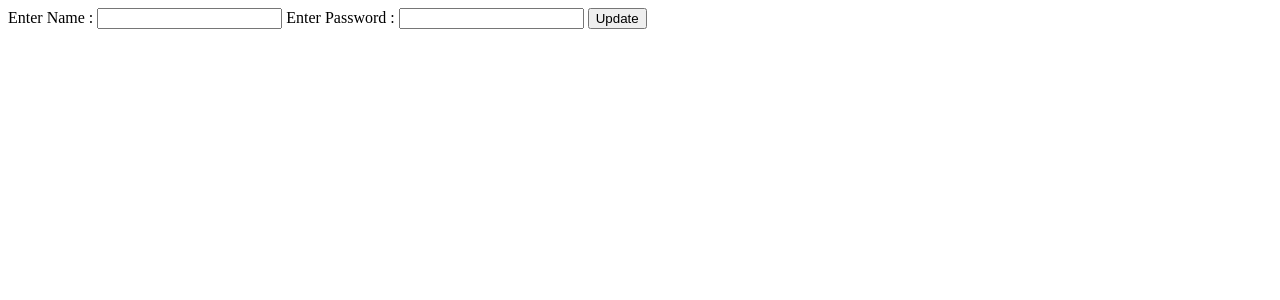
Repository: Vishalrathod8788/JEE
Page: Connectivity_demo/WebContent/Edit.html
The author's editor kept a copy of each file at every save. The page is drawn from the files as they stood at one save, then again after the next save.
The browser window is 1280 px wide. The pictures show the whole page.

Above is the page before, as saved 2023-09-30 14:50:43.

After the next save:
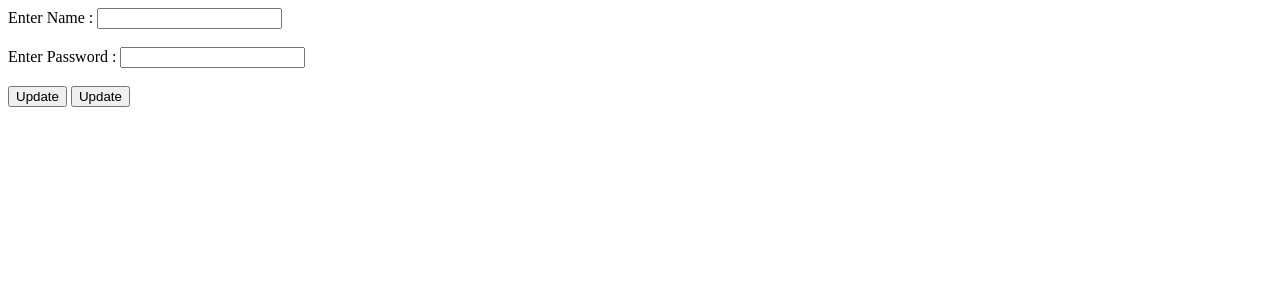
Saved 22 s later.
--- a/Connectivity_demo/WebContent/Edit.html
+++ b/Connectivity_demo/WebContent/Edit.html
@@ -7,10 +7,11 @@
 <body>
 	<form>
 		Enter Name :
-		<input type="text" name="txtName" />
+		<input type="text" name="txtName" /> <br /> <br />
 		Enter Password :
-		<input type="password" name="txtPass" />
-		<input type="submit" value="Update">
+		<input type="password" name="txtPass" /> <br /> <br />
+		<input type="submit" value="Update" />
+		<input type="submit" value="Update" />
 	</form>
 </body>
 </html>
